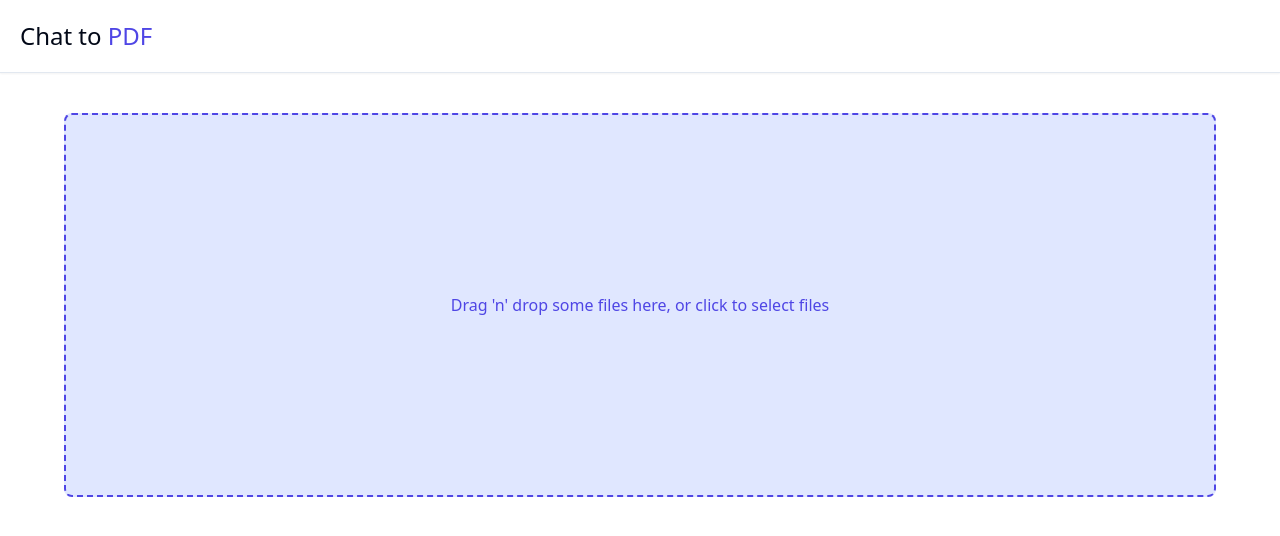
Repository: JonoSuave/chat-with-pdf
Page: /dashboard/upload
An editor plug-in stored every save of this project. The page is shown before and after a run of saves, followed by the edit.
The browser window is 1280 px wide. The pictures show the whole page.
The page's requests for data from a server got no answer. The project was rebuilt for these pictures with package versions that can differ from the ones it lists, and the page was loaded fresh each time. Some packages were replaced by stand-ins written for this rebuild. The framework's server and built-in components were replaced by stand-ins that run in the browser. No one was signed in, and anything a server would have sent is missing. Also part of the build but not shown: next.config.mjs, src/lib/utils.ts, src/components/ui/button.tsx.

Above is the page before, as saved 2024-07-24 10:02:35.

### src/app/layout.tsx
import { ClerkProvider } from "@clerk/nextjs";
import "./globals.css";
// import Header from "@/components/Header";

export default function RootLayout({
	children,
}: Readonly<{
	children: React.ReactNode;
}>) {
	return (
		<ClerkProvider>
			<html lang="en">
				<body className="min-h-screen h-screen overflow-hidden flex flex-col">
					{/* <Header /> */}
					{children}
				</body>
			</html>
		</ClerkProvider>
	);
}

### src/app/dashboard/layout.tsx
import Header from "@/components/Header";
import { ClerkLoaded } from "@clerk/nextjs";

function DashBoardLayout({ children }: { children: React.ReactNode }) {
	return (
		<ClerkLoaded>
			<div className="flex-1 flex flex-col h-screen">
				<Header />
				<main className="flex-1 overflow-y-auto">{children}</main>
			</div>
		</ClerkLoaded>
	);
}

export default DashBoardLayout;

### src/app/dashboard/upload/page.tsx
import FileUploader from "@/components/FileUploader";

function UploadPage() {
	return (
		<div>
			<FileUploader />
		</div>
	);
}

export default UploadPage;

### src/components/Header.tsx
"use client";
import { SignedIn, SignedOut, SignInButton, UserButton } from "@clerk/nextjs";
import Link from "next/link";
import React from "react";
import { Button } from "./ui/button";
import { FilePlus2 } from "lucide-react";

export default function Header() {
	return (
		<div className="flex justify-between bg-white shadow-sm p-5 border-b">
			<Link href="/dashboard" className="text-2xl">
				Chat to <span className="text-indigo-600">PDF</span>
			</Link>
			<SignedIn>
				<div className="flex items-center space-x-2">
					<Button asChild variant="link" className="hidden md:flex">
						<Link href="/dashboard/upgrade">Pricing</Link>
					</Button>

					<Button asChild variant="outline">
						<Link href="/dashboard">My Documents</Link>
					</Button>

                    <Button asChild variant="outline">
                        <Link href="/dashboard/upload"><FilePlus2 className="text-indigo-600" /></Link>
                    </Button>
					{/* Upgrade Button */}
					<UserButton />
				</div>
			</SignedIn>
		</div>
	);
}

### src/components/FileUploader.tsx
"use client";
import React, { useCallback } from "react";
import { useDropzone } from "react-dropzone";
import {
	CheckCircleIcon,
	CircleArrowDown,
	HammerIcon,
	Rocket,
	RocketIcon,
	SaveIcon,
} from "lucide-react";

function FileUploader() {
	const onDrop = useCallback((acceptedFiles: File[]) => {
		// Do something with the files
	}, []);
	const { getRootProps, getInputProps, isDragActive, isFocused, isDragAccept } = useDropzone({
		onDrop,
	});
	return (
		<div className="flex flex-col gap-4 items-center max-w-7xl mx-auto">
			{/* Loading... tomorrow */}
			<div
				{...getRootProps()}
				className={`p-10 border-2 border-indigo-600 border-dashed mt-10 w-[90%] text-indigo-600 rounded-lg h-96 flex items-center justify-center ${
					isFocused || isDragAccept ? "bg-indigo-300" : "bg-indigo-100"
				}`}>
				<input {...getInputProps()} />
				<div className="">
					{isDragActive ? (
						<>
							<RocketIcon className="h-20 w-20" />
							<p>Drop the files here ...</p>
						</>
					) : (
						<p>Drag 'n' drop some files here, or click to select files</p>
					)}
				</div>
			</div>
		</div>
	);
}

export default FileUploader;

Loaded but not shown: src/app/globals.css (common file); tailwind.config.ts (common file)

After the next 8 saves:
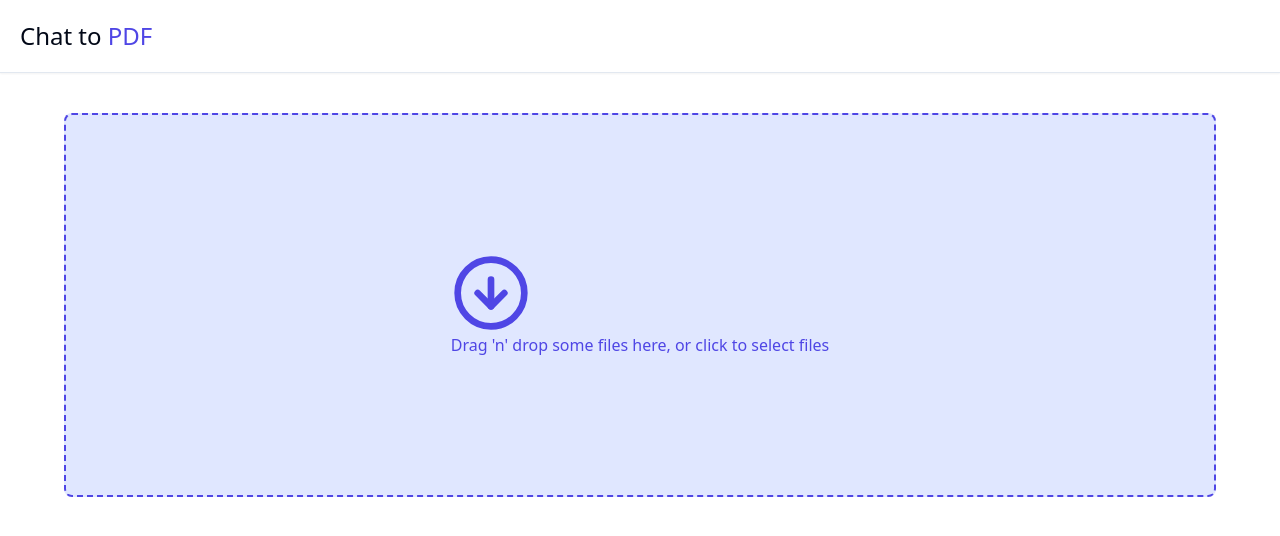
The 8 saves are shown as one change because 1 did not build or start and some came seconds apart.
The last was saved 30 s later.
--- a/src/components/FileUploader.tsx
+++ b/src/components/FileUploader.tsx
@@ -33,7 +33,10 @@ function FileUploader() {
 							<p>Drop the files here ...</p>
 						</>
 					) : (
-						<p>Drag 'n' drop some files here, or click to select files</p>
+						<>
+                        <CircleArrowDown className="h-20 w-20" />
+                        <p>Drag 'n' drop some files here, or click to select files</p>
+                        </>
 					)}
 				</div>
 			</div>
